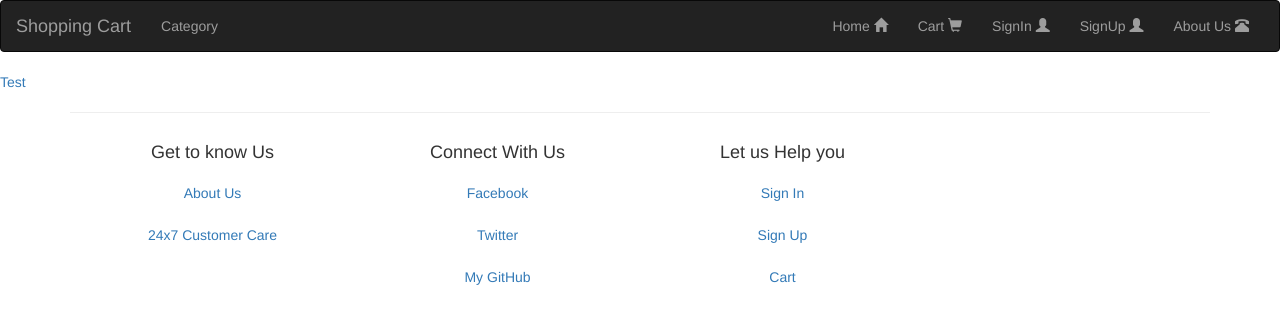
Repository: KaustubhKamat/ShoppingCartProject
Page: http://localhost/NewShoppingCart/WEB-INF/views/Home.jsp
An editor plug-in stored every save of this project. The page is shown before and after the next save, followed by the edit.
The browser window is 1280 px wide. The pictures show the whole page.
Some web libraries are served in a nearby version. The page is served by Tomcat 9. Nobody is signed in. The template is opened directly, without the code that normally fills it, so the values that code supplies are empty.

Above is the page before, as saved 2017-01-17 15:51:12.

After the next save:
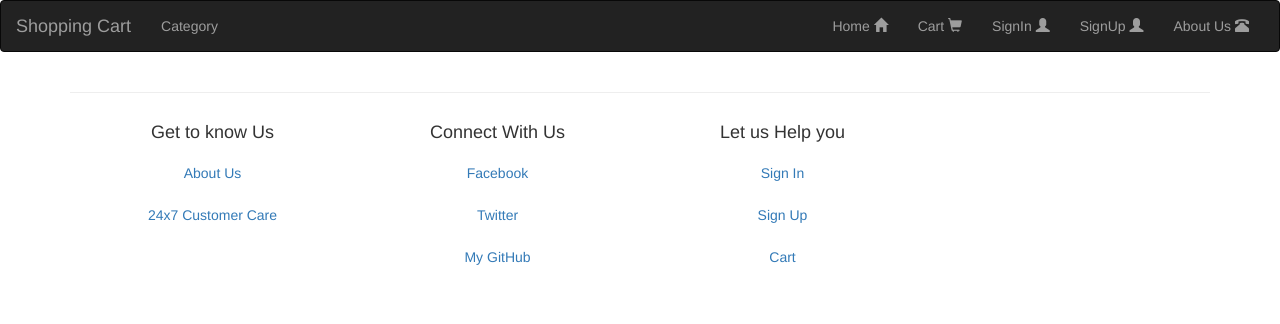
Saved 5 s later.
--- a/NewShoppingCart/src/main/webapp/WEB-INF/views/Home.jsp
+++ b/NewShoppingCart/src/main/webapp/WEB-INF/views/Home.jsp
@@ -43,7 +43,7 @@
 	<c:if test="${UserHasClickedLogin==true}">
 		<jsp:include page="Login.jsp"></jsp:include>
 	</c:if>
-<a href="Test_form">Test </a>
+
 
 	<c:if test="${UserHasClickedLogin==true}">
 		<jsp:include page="Login.jsp"></jsp:include>
